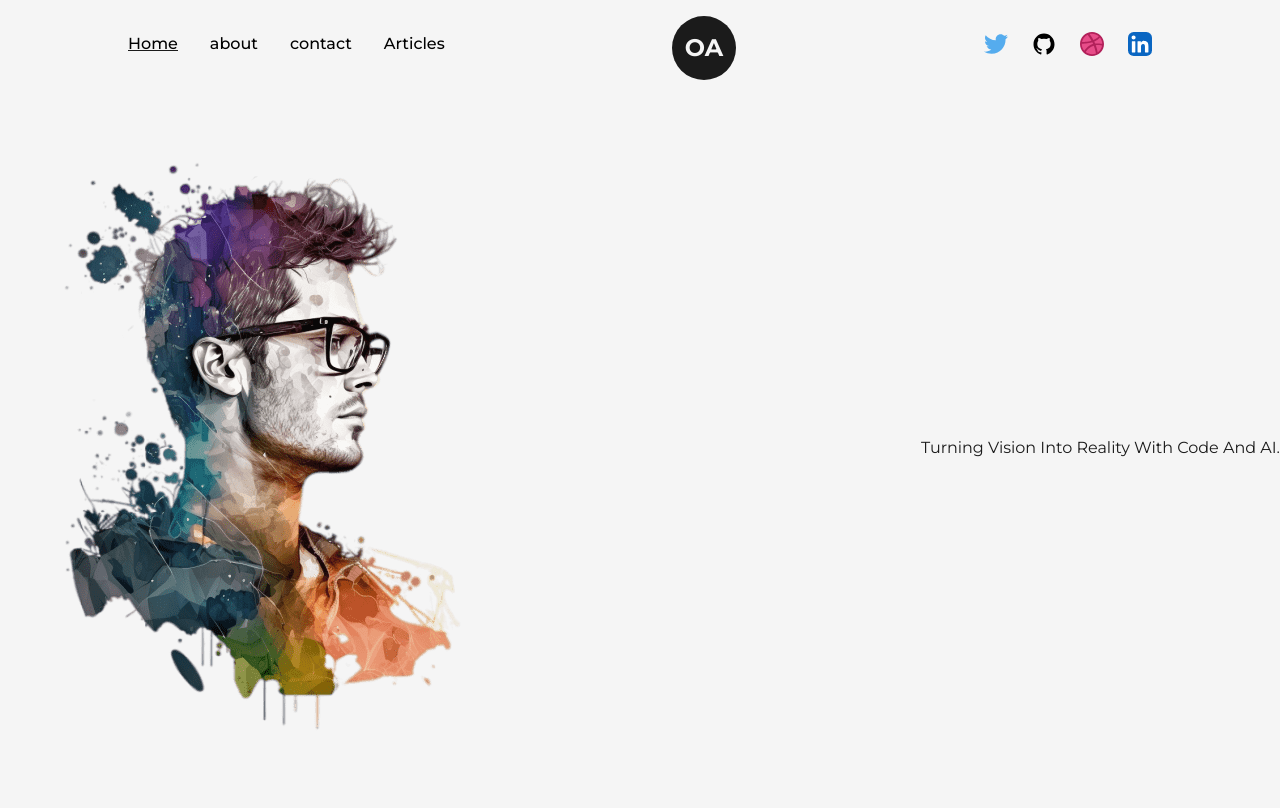
Repository: OussamaAbderraoufAttia/Next.js-Developer-Portfolio
Page: /
These files come from the project's save history. The page is drawn as it stood at one moment and after the next save; the edit follows.
The browser window is 1280 px wide. The pictures show the whole page.
The project was rebuilt for these pictures with package versions that can differ from the ones it lists, and the page was loaded fresh each time. The framework's server and built-in components were replaced by stand-ins that run in the browser. Also part of the build but not shown: next.config.js.

Above is the page before, as saved 2023-06-24 23:19:34.

### src/pages/_app.js
import NavBar from '@/components/NavBar'
import '@/styles/globals.css'
import { Montserrat } from 'next/font/google'
import Head from 'next/head'


const montserrat = Montserrat({
  subsets: ['latin'],
  variable: "--font-mont"
})
export default function App({ Component, pageProps }) {
  return (
    <>
    <Head>
      <meta name="viewport" content="width=device-width, initial-scale=1" />
      <link rel="icon" href="/favicon.ico" />
    </Head>
    <main className={`${montserrat.variable} font-mont bg-light w-full min-h-screen`}>
      <NavBar />
      <Component {...pageProps} />
    </main>
    </>
  )
}

### src/pages/index.js
import Head from 'next/head';
import Layout from '@/components/Layout';
import Image from 'next/image';
import developerPic from '../../public/images/profile/developer-pic-1.png';

export default function Home() {
  return (
    <>
      <Head>
        <title>Oussama Abderraouf ATTIA</title>
        <meta name="description" content="Oussama Abderraouf ATTIA, 2CP student at ESI Algiers" />
      </Head>
      <main className="flex items-center text-dark w-full min-h-screen">
        <Layout>
          <div className="flex  items-center justify-between w-full">
            <div className=''>
              <Image src={developerPic} alt="Oussama Abderraouf ATTIA" className="w-full h-auto" />
            </div>
            <div>
              <h1>
              Turning Vision Into Reality With Code And AI.
              </h1>
              <p>

              </p>
            </div>
          </div>
        </Layout>
      </main>
    </>
  );
}

### src/components/NavBar.js
import Link from "next/link";
import React from "react";
import { useRouter } from "next/router";
import Logo from "./Logo";
import   { TwitterIcon, DribbbleIcon, GithubIcon, LinkedInIcon, PinterestIcon } from "./Icons";
import { motion } from "framer-motion";

const CustomLink = ({ href, title, className="" }) => {
    const router = useRouter();
    return (
        <Link href={href} className= {`${className} relative group `}>
            {title }
            <span className={`h-[1px] inline-block bg-dark absolute left-0 bottom-0.5 group-hover:w-full
            transiion-[width] ease duration-300 ${router.asPath === href ? "w-full" : "w-0" }
            `}> &nbsp; </span>
        </Link>
    )
}


const NavBar = () => {
    return (
        <header className="w-full px-32 py-8 font-medium flex items-center justify-between">
            <nav>
                <CustomLink href="/"  title="Home" className="mr-4"/>
                <CustomLink href="/about" title="about" className="mx-4"/>
                <CustomLink href="/contact"  title="contact" className="mx-4"/>
                <CustomLink href="/Articles"  title="Articles" className="ml-4"/>
            </nav>

            <nav className="flex item-center justify-center flex-wrap">
                <motion.a href="https://twitter.com/oussamaattia245" target={"_blank"}
                whileHover={{ y:-5  }}
                whileTap={{ scale: 0.9 }}
                className="w-6 mx-3"
                >
                    <TwitterIcon />
                 </motion.a>
                <motion.a href="https://github.com/OussamaAbderraoufAttia" target={"_blank"}
                whileHover={{ y:-5  }} whileTap={{ scale: 0.9 }}
                className="w-6 mx-3"
                > <GithubIcon /> </motion.a>
                <motion.a href="https://dribbble.com/JohnLoyd" target={"_blank"}
                whileHover={{ y:-5  }} whileTap={{ scale: 0.9 }}
                className="w-6 mx-3"
                > <DribbbleIcon /> </motion.a>
                <motion.a href="https://www.linkedin.com/in/oussama-abderraouf-attia-494b32225/" target={"_blank"}
                whileHover={{ y:-5  }} whileTap={{ scale: 0.9 }}
                className="w-6 ml-3"
                > <LinkedInIcon /> </motion.a>

            </nav>
            <div className="absolute left-[50%] top-2    translate-x-[50%]">
                 <Logo />
            </div>
        </header>
    )
}

export default NavBar;

### src/components/Layout.js
import React from 'react';

const Layout = ({ children, className = "" }) => {
  return (
    <div className={` w-full h-full inline-block z-0 bg-light ${className}`}>
      {children}
    </div>
  );
};

export default Layout;

### src/components/Logo.js
import React from "react";
import Link from "next/link";
import { motion } from "framer-motion";



const MotionLink = motion(Link);
const Logo = () => {
  return (
    <div className="flex items-center justify-center mt-2">
      <MotionLink
        href="/"
        className="w-16 h-16 bg-dark text-light flex items-center justify-center rounded-full font-bold text-2xl"
        whileHover={{
            backgroundColor:["#121212", "rgba(131,58,180,1)","rgba(253,29,29,1)","rgba(252,176,69,1)","rgba(131,58,180,1)", "#121212"],
          transition: {
            duration: 1,
            repeat: Infinity,
          },
        }}
      >
        OA
      </MotionLink>
    </div>
  );
};

export default Logo;

### tailwind.config.js
/** @type {import('tailwindcss').Config} */
const {fontFamily} = require('tailwindcss/defaultTheme')

module.exports = {
  content: [
    // Or if using `src` directory:
    "./src/**/*.{js,ts,jsx,tsx,mdx}",
  ],
  theme: {
    extend: {
      fontFamily: {
        mont: ['var(--font-mont)', 'sans-serif'],
      },
        colors: {
          dark: "#1b1b1b",
          light: "#f5f5f5",
          primary: "#B63E96", // 240,86,199
          primaryDark: "#58E6D9", // 80,230,217
      },
    },
  },
  plugins: [],
}

Loaded but not shown: src/pages/_document.js (common file); src/styles/globals.css (common file); src/components/Icons.js (483 lines, source omitted)

After the next save:
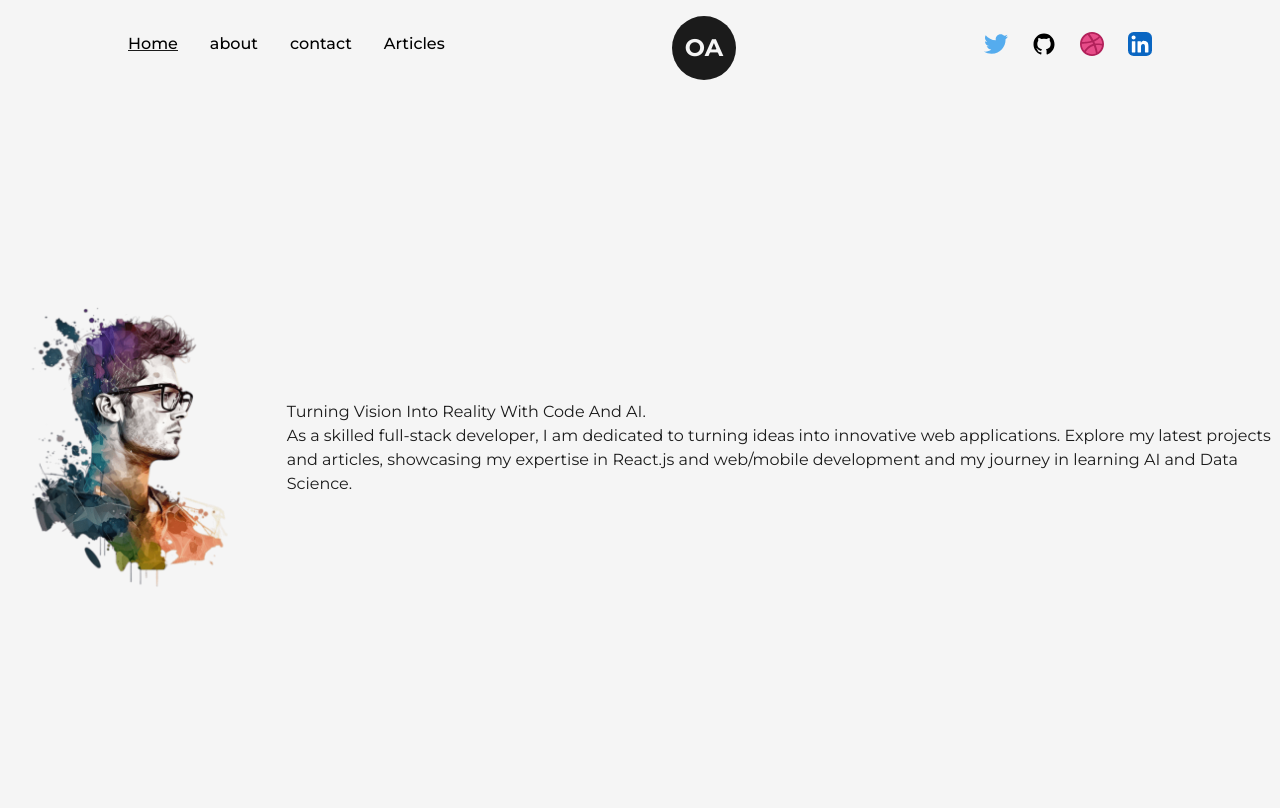
Saved 101 s later.
--- a/src/pages/index.js
+++ b/src/pages/index.js
@@ -21,7 +21,8 @@
               Turning Vision Into Reality With Code And AI.
               </h1>
               <p>
-
+              As a skilled full-stack developer, I am dedicated to turning ideas into innovative web applications.
+              Explore my latest projects and articles, showcasing my expertise in React.js and web/mobile development and my journey in learning AI and Data Science.
               </p>
             </div>
           </div>
